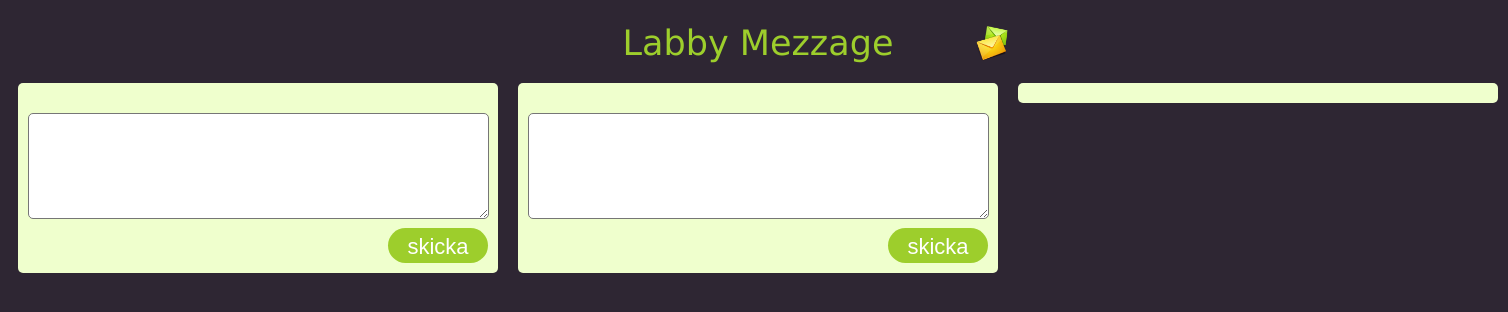
Repository: ad222kr/1dv403-laborationer
Page: 2-labbymezzage/index.html
The author's editor kept a record of every edit. The page is drawn from the files as they stood at one moment, then again after the next edit.
The browser window is 1280 px wide. The page is 1508 px wide, so the pictures cover 1508 px, including what lies to the right of the window. The pictures show the whole page.

Above is the page before.

After the next edit:
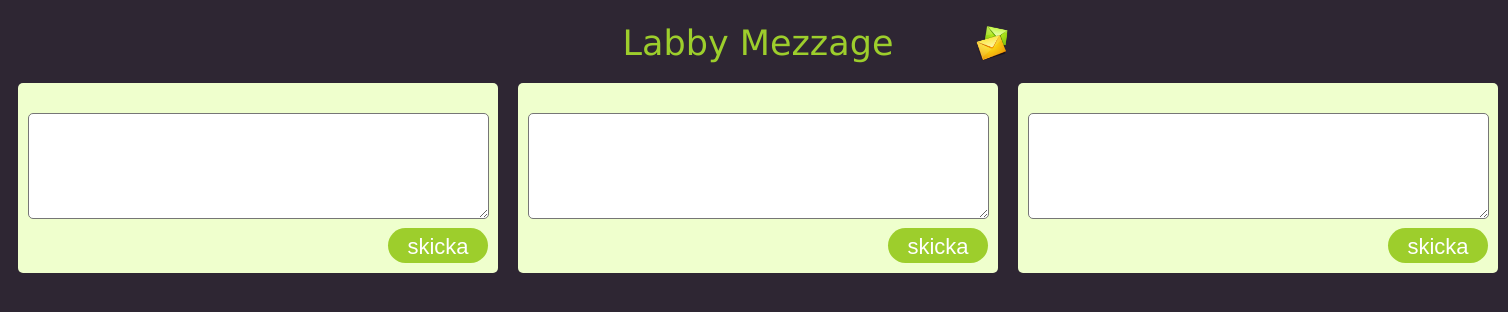
The edit:
--- a/2-labbymezzage/js/run.js
+++ b/2-labbymezzage/js/run.js
@@ -6,5 +6,6 @@
 
     board1.init();
     board2.init();
+    board3.init();
 
 };
